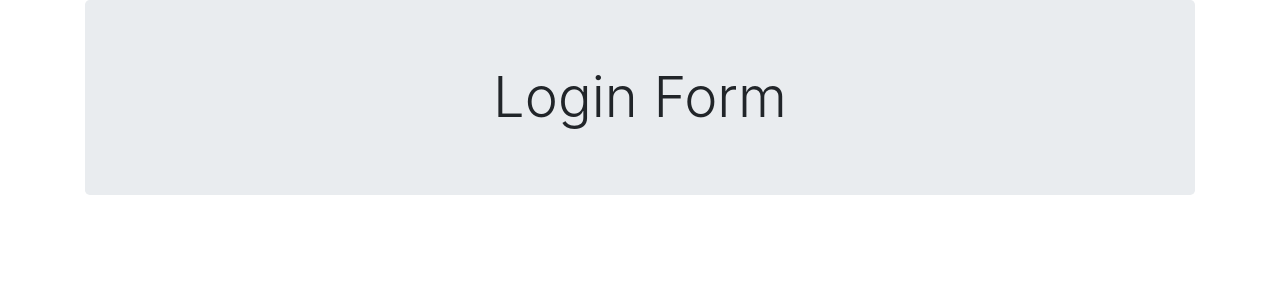
Repository: amar468S/Ng-templateDrivenForm
Page: /
An editor plug-in stored every save of this project. The page is shown before and after the next save, followed by the edit.
The browser window is 1280 px wide. The pictures show the whole page.
Some web libraries are served in a nearby version. The project was rebuilt for these pictures with package versions that can differ from the ones it lists, and the page was loaded fresh each time. Also part of the build but not shown: angular.json.

Above is the page before, as saved 2019-02-03 15:41:52.

After the next save:
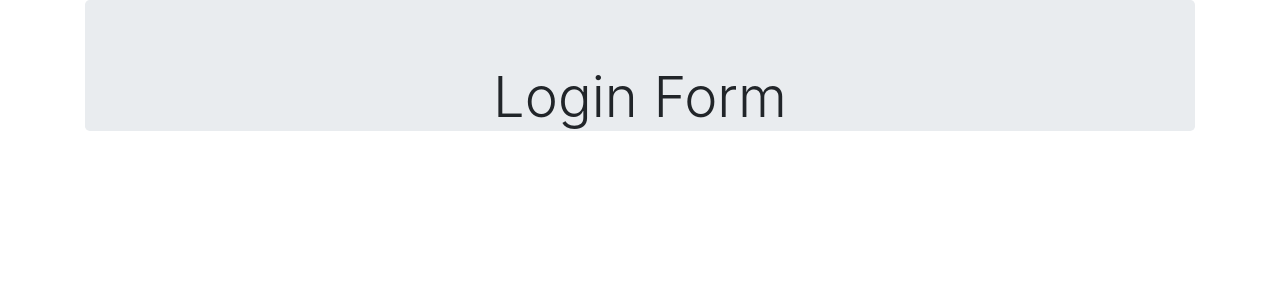
Saved 4 s later.
--- a/src/app/app.component.html
+++ b/src/app/app.component.html
@@ -1,5 +1,5 @@
 <div class="container">
-    <div class="jumbotron">
+    <div class="jumbotron pb-0">
       <p class="display-4 text-center mb-0">Login Form</p>
     </div>
 </div>
